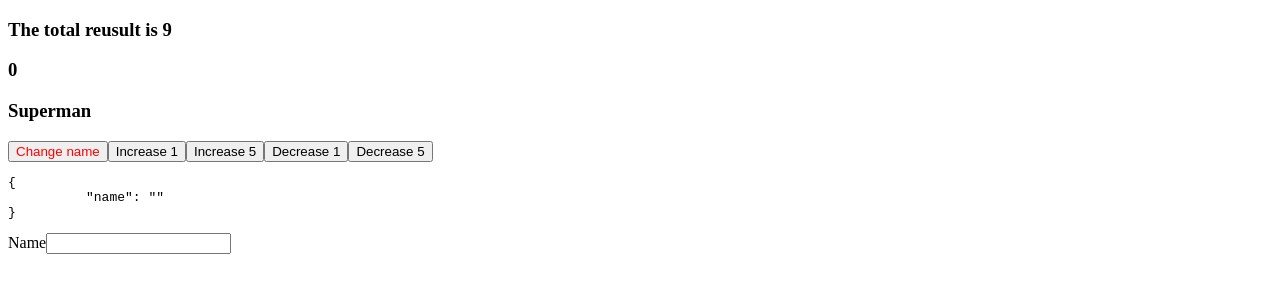
Repository: KZH2001/Vue_Practice
Page: / (app in Tutorial/)
An editor plug-in stored every save of this project. The page is shown before and after the next save, followed by the edit.
The browser window is 1280 px wide. The pictures show the whole page.
The project was rebuilt for these pictures with package versions that can differ from the ones it lists, and the page was loaded fresh each time. Also part of the build but not shown: Tutorial/vite.config.js.

Above is the page before, as saved 2026-01-19 22:31:33.

After the next save:
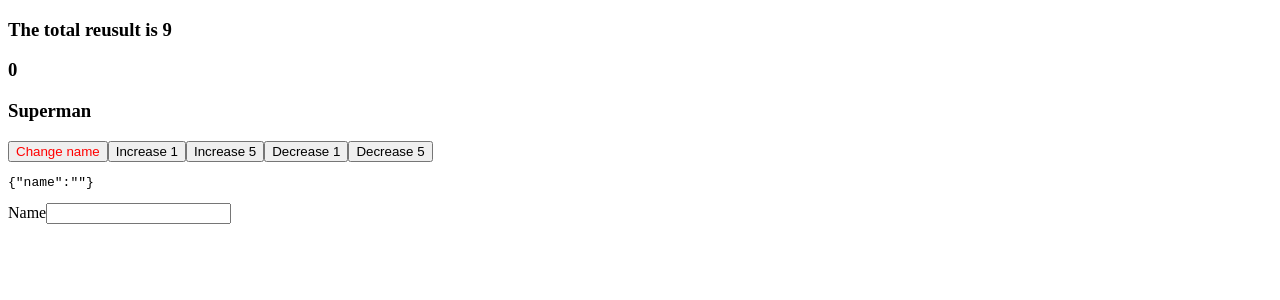
Saved 21 s later.
--- a/Tutorial/src/App.vue
+++ b/Tutorial/src/App.vue
@@ -11,7 +11,7 @@
   <button @click="decreaseNumber(1)">Decrease 1</button>
   <button @click="decreaseNumber(5)">Decrease 5</button>
 
-  <pre>{{ JSON.stringify(formValues, null, 22) }}</pre>
+  <pre>{{ JSON.stringify(formValues, 22) }}</pre>
 
 
   <form action="">
